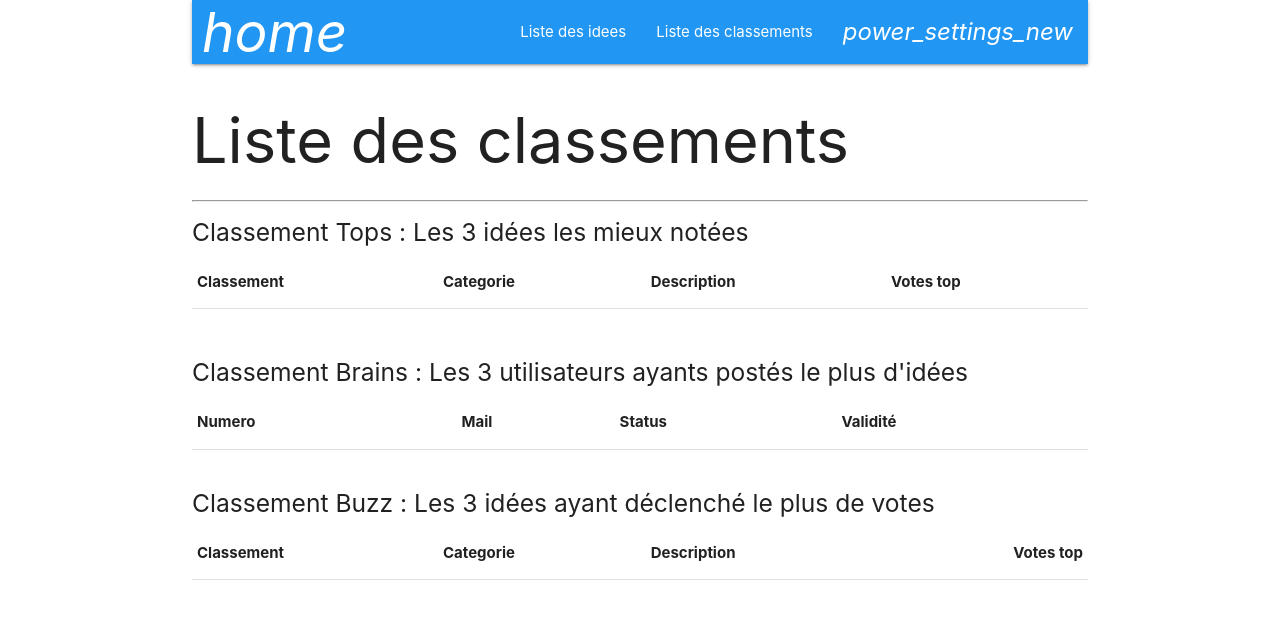
Repository: thdal/Atelier_JEE_16_02
Page: http://localhost/Atelier_JEE_16_02/WEB-INF/pages/classement/ListClassement.jsp
The author's editor kept a copy of each file at every save. The page is drawn from the files as they stood at one save, then again after the next save.
The browser window is 1280 px wide. The pictures show the whole page.
The page is served by Tomcat 9. Nobody is signed in. Other server files are loaded and not shown. The template is opened directly, without the code that normally fills it, so the values that code supplies are empty.

Above is the page before, as saved 2021-02-27 14:36:12.

### Atelier_JEE_16_02/src/main/webapp/WEB-INF/pages/classement/ListClassement.jsp
<%@ page language="java" contentType="text/html; charset=ISO-8859-1"
    pageEncoding="ISO-8859-1"%>
<!DOCTYPE html>
<html>
<head>
<meta charset="ISO-8859-1">
<title>Insert title here</title>
</head>
<body>
<div class="container">
<%@ include file="../commons/MenuNavBar.jsp" %>
<h1>Liste des classements</h1>
<hr>

<h5>Classement Tops : Les 3 idées les mieux notées</h5>

<table style="margin-bottom:50px;" class="left">
   <thead>
       <tr>
           <th>Classement</th>
           <th>Categorie</th>
           <th>Description</th>
           <th>Votes top</th>

       </tr>
   </thead>
   <tbody>
    <c:forEach items="${topsClassement}" var="tc" varStatus="loop">
	    <tr>
	    	<td>
	    	<c:if test="${loop.index eq 0 }">
	    	<img style="max-width:100px; max-height:100px" src="https://png.pngtree.com/png-vector/20191027/ourlarge/pngtree-gold-medal-vector-golden-1st-place-badge-sport-game-golden-challenge-png-image_1887633.jpg">
	    	</c:if>
	    	<c:if test="${loop.index eq 1 }">
	    	<img style="max-width:100px; max-height:100px" src="https://png.pngtree.com/png-vector/20191027/ourmid/pngtree-bronze-medal-vector-best-first-placement-winner-champion-number-one-3rd-png-image_1887553.jpg">
	    	</c:if>
	    	<c:if test="${loop.index eq 2 }">
	    	<img style="max-width:100px; max-height:100px" src="https://image.freepik.com/vecteurs-libre/medaille-argent-2e-place-argent_87720-2499.jpg">
	    	</c:if>
	        <td><c:out value="${tc.categorie}"/></td>
	        <td> <c:out value="${tc.description}"/>
	        </td>
	        <td><c:out value="${tc.topPercentage}"/>
	        </td>
	    </tr>
	</c:forEach>
    </tbody>
 </table>

<h5>Classement Brains : Les 3 utilisateurs ayants postés le plus d'idées</h5>

<table style="margin-bottom:40px;" class="left">
   <thead>
       <tr>
       	   <th>Numero</th>
           <th>Mail</th>
           <th>Status</th>
           <th>Validité</th>

       </tr>
   </thead>
   <tbody>
    <c:forEach items="${brainsClassement}" var="u" varStatus="loop">
	    <tr>
	    	<td>
	    	<c:if test="${loop.index eq 0 }">
	    	<img style="max-width:100px; max-height:100px" src="https://png.pngtree.com/png-vector/20191027/ourlarge/pngtree-gold-medal-vector-golden-1st-place-badge-sport-game-golden-challenge-png-image_1887633.jpg">
	    	</c:if>
	    	<c:if test="${loop.index eq 1 }">
	    	<img style="max-width:100px; max-height:100px" src="https://png.pngtree.com/png-vector/20191027/ourmid/pngtree-bronze-medal-vector-best-first-placement-winner-champion-number-one-3rd-png-image_1887553.jpg">
	    	</c:if>
	    	<c:if test="${loop.index eq 2 }">
	    	<img style="max-width:100px; max-height:100px" src="https://image.freepik.com/vecteurs-libre/medaille-argent-2e-place-argent_87720-2499.jpg">
	    	</c:if>
	    	</td>
	        <td><c:out value="${u.mail}"/></td>
	        <td>
	        <c:if test="${empty u.validated}">
	        	Non
	        </c:if>
	        <c:if test="${u.validated}">
	        	Oui
	        </c:if>
	        <c:if test="${u.validated == false}">
	        	Non
	        </c:if>
	        </td>
	        <td>
	        <c:if test="${empty u.status}">
	        	Activé
	        </c:if>
	        <c:if test="${u.status}">
	        	Activé
	        </c:if>
	        <c:if test="${u.status == false}">
	        	Désactivé
	        </c:if>
	        </td>
	        <td>
	    </tr>
	</c:forEach>
    </tbody>
 </table>

<h5>Classement Buzz : Les 3 idées ayant déclenché le plus de votes</h5>

<table style="margin-bottom:50px;" class="left">
   <thead>
       <tr>
           <th>Classement</th>
           <th>Categorie</th>
           <th>Description</th>
           <th style="text-align:right;" >Votes top</th>

       </tr>
   </thead>
   <tbody>
    <c:forEach items="${buzzClassement}" var="b" varStatus="loop">
	    <tr>
	    	<td>
	    	<c:if test="${loop.index eq 0 }">
	    	<img style="max-width:100px; max-height:100px" src="https://png.pngtree.com/png-vector/20191027/ourlarge/pngtree-gold-medal-vector-golden-1st-place-badge-sport-game-golden-challenge-png-image_1887633.jpg">
	    	</c:if>
	    	<c:if test="${loop.index eq 1 }">
	    	<img style="max-width:100px; max-height:100px" src="https://png.pngtree.com/png-vector/20191027/ourmid/pngtree-bronze-medal-vector-best-first-placement-winner-champion-number-one-3rd-png-image_1887553.jpg">
	    	</c:if>
	    	<c:if test="${loop.index eq 2 }">
	    	<img style="max-width:100px; max-height:100px" src="https://image.freepik.com/vecteurs-libre/medaille-argent-2e-place-argent_87720-2499.jpg">
	    	</c:if>
	        <td><c:out value="${b.categorie}"/></td>
	        <td> <c:out value="${b.description}"/>
	        </td>
	        <td style="text-align:right;" ><c:out value="${b.topPercentage}"/>
	        </td>
	    </tr>
	</c:forEach>
    </tbody>
 </table>

</div>
</body>
</html>

### Atelier_JEE_16_02/src/main/webapp/WEB-INF/pages/commons/MenuNavBar.jsp
<head>
    <link rel="stylesheet" href="https://cdnjs.cloudflare.com/ajax/libs/materialize/1.0.0/css/materialize.min.css">
	  <link href="https://fonts.googleapis.com/icon?family=Material+Icons" rel="stylesheet">
	   <%@ taglib prefix="c" uri="http://java.sun.com/jsp/jstl/core" %>

</head>

 <nav class="blue">
    <div class="nav-wrapper">
      <a href="home" class="brand-logo"><i style="margin-left:10px; font-size:55px" class="large material-icons">home</i></a>
      <ul id="nav-mobile" class="right hide-on-med-and-down">
        <c:if test="${ sessionScope.Admin }">
        	<li><a href="user?action=list">Liste des utilisateurs</a></li>
    	</c:if>
        <li><a href="idees?action=list">Liste des idees</a></li>
        <li><a href="classements?action=list">Liste des classements</a></li>
        <li><a href="connexion"><i class="material-icons prefix">power_settings_new</i></a></li>

        <!-- <li><a href="users?action=list">Liste des utilisateurs</a></li>  -->
      </ul>
    </div>
  </nav>

    <script src="https://cdnjs.cloudflare.com/ajax/libs/materialize/1.0.0/js/materialize.min.js"></script>

After the next save:
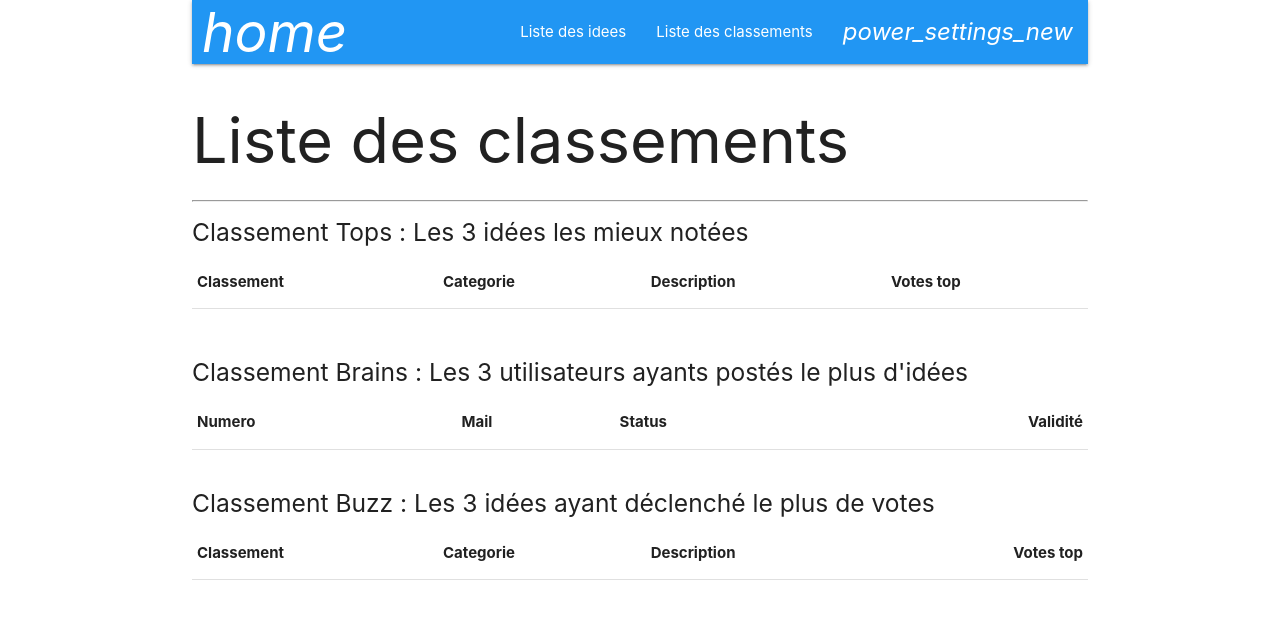
Saved 6 s later.
--- a/Atelier_JEE_16_02/src/main/webapp/WEB-INF/pages/classement/ListClassement.jsp
+++ b/Atelier_JEE_16_02/src/main/webapp/WEB-INF/pages/classement/ListClassement.jsp
@@ -55,7 +55,7 @@
        	   <th>Numero</th>
            <th>Mail</th>
            <th>Status</th>
-           <th>Validité</th>
+           <th style="text-align:right;" >Validité</th>
 
        </tr>
    </thead>
